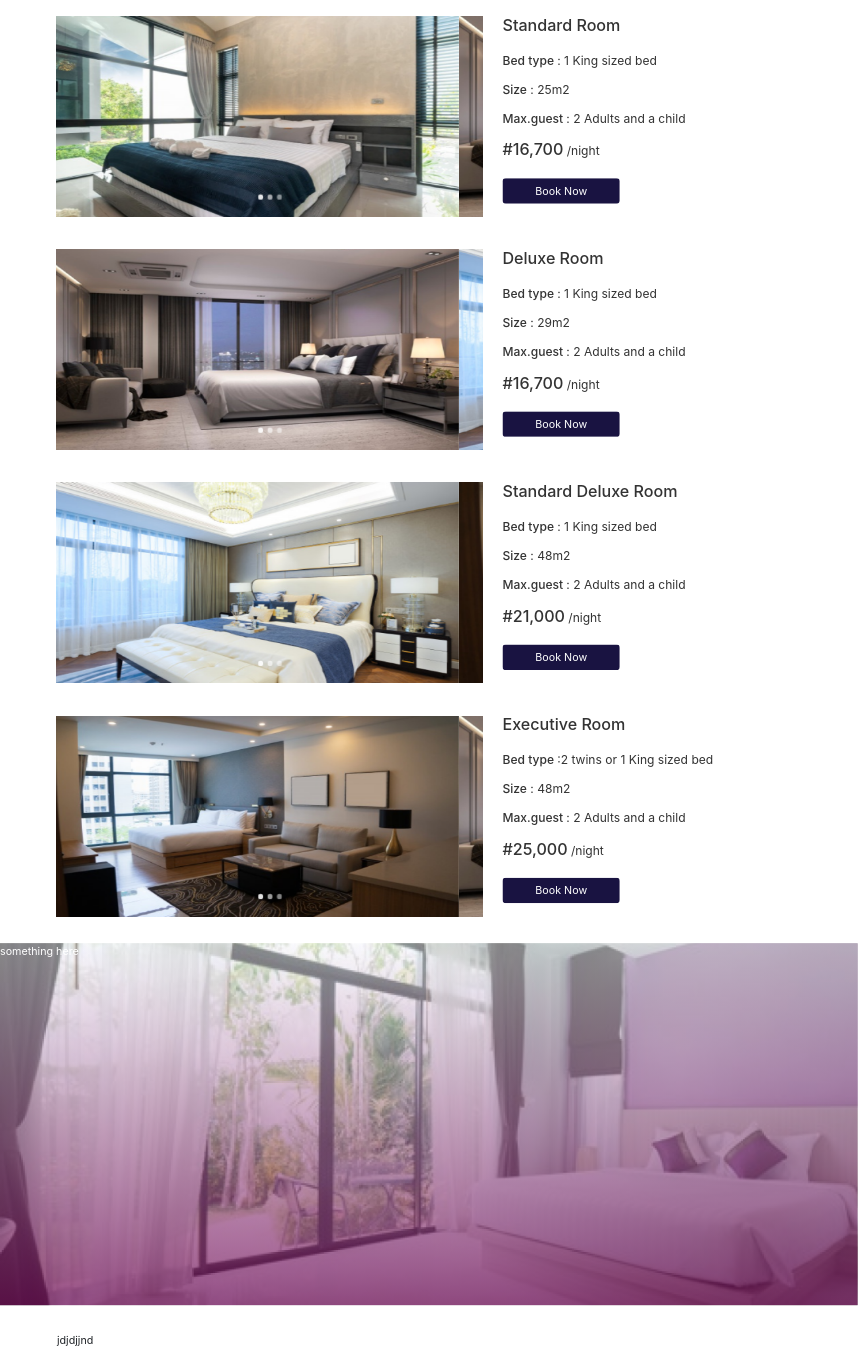
Repository: Syfon01/hotel-website
Page: room.html
The author's editor kept a copy of each file at every save. The page is drawn from the files as they stood at one save, then again after a run of saves.
The browser window is 1280 px wide. The pictures show the whole page, at 67% of full size.

Above is the page before, as saved 2020-06-08 19:17:11.

After the next 3 saves:
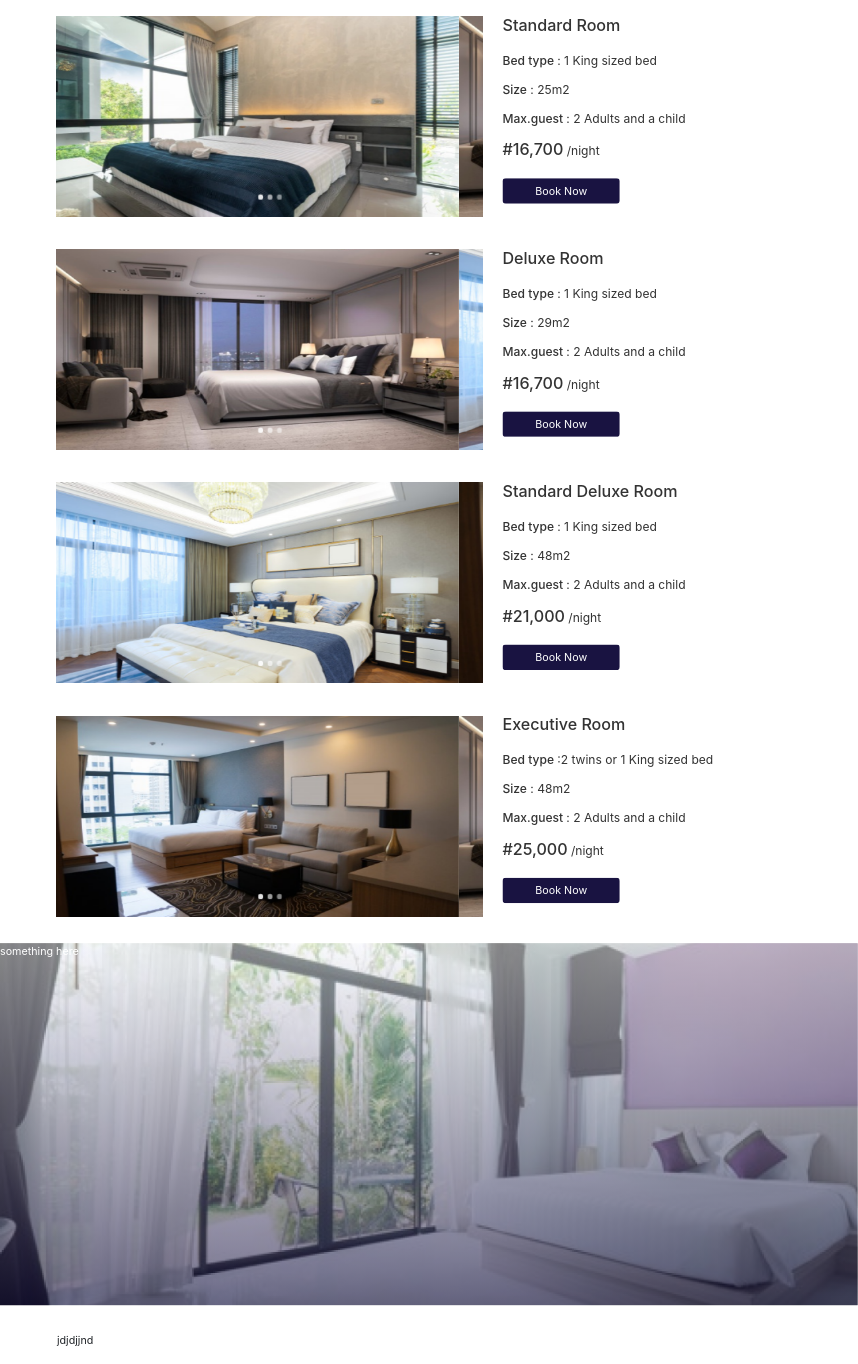
The 3 saves are shown as one change because they came seconds apart.
The last was saved 64 s later.
--- a/room.css
+++ b/room.css
@@ -25,7 +25,7 @@ p{
 }
 
 .hero{
-   background-image: linear-gradient(to bottom, rgba(245, 246, 252, 0.52), rgba(117, 19, 93, 0.73)),url('/img/explore.png');
+   background-image: linear-gradient(to bottom, rgba(245, 246, 252, 0.52), rgba(25, 19, 65, 0.6)),url('/img/explore.png');
    width: 100%;
    height: 75vh;
    background-size: cover;
